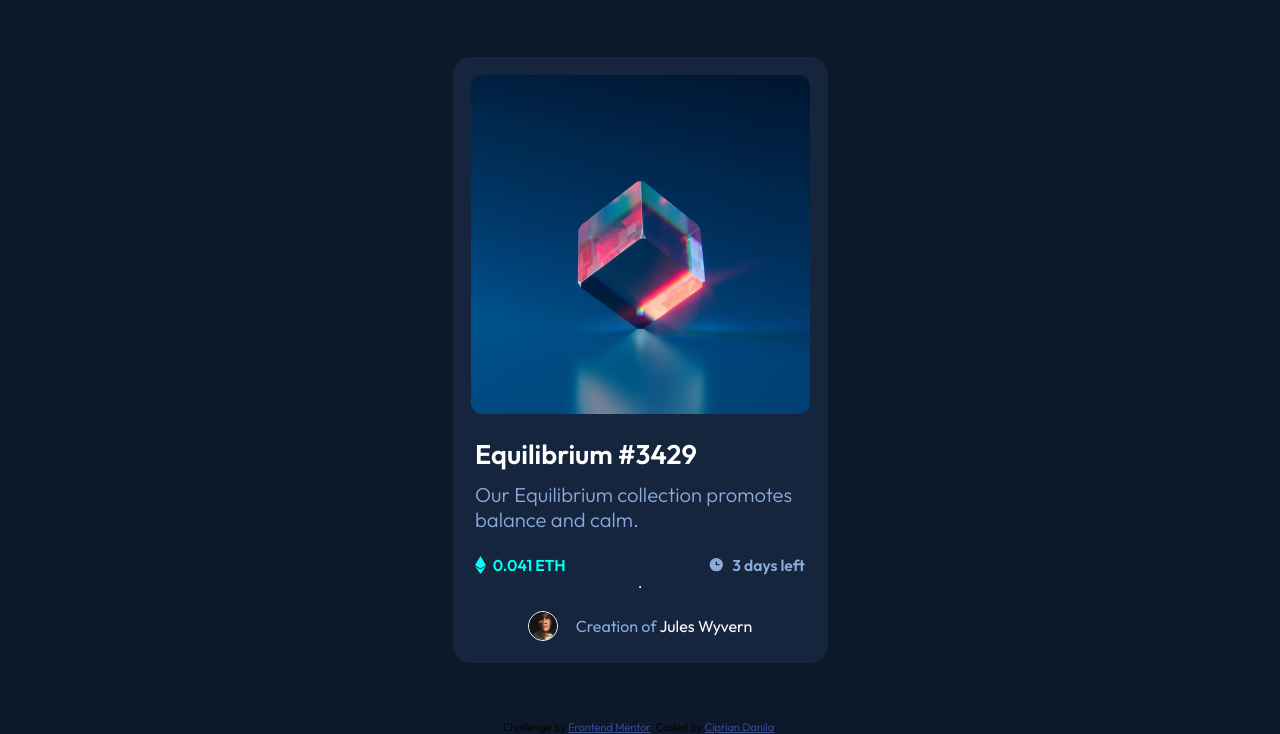
Repository: cipdanila/NFT-preview-card-component
Page: index.html
An editor plug-in stored every save of this project. The page is shown before and after the next save, followed by the edit.
The browser window is 1280 px wide. The pictures show the whole page.

Above is the page before, as saved 2024-01-31 17:23:03.

### index.html
<!DOCTYPE html>
<html lang="en">
    <head>
        <meta charset="UTF-8" />
        <meta name="viewport" content="width=device-width, initial-scale=1.0" />
        <!-- displays site properly based on user's device -->

        <link rel="icon" type="image/png" sizes="32x32" href="./images/favicon-32x32.png" />
        <link rel="stylesheet" href="style.css" />
        <title>Frontend Mentor | NFT preview card component</title>
    </head>
    <body>
        <main>
            <div class="card">
                <div class="image-card">
                    <img src="/images/image-equilibrium.jpg" alt="cube-equilibrium" />
                </div>
                <div class="text-card">
                    <h1 id="title">Equilibrium #3429</h1>
                    <p id="description">Our Equilibrium collection promotes balance and calm.</p>
                    <div class="price-time">
                        <div class="price">
                            <img src="/images/icon-ethereum.svg" alt="ethereum" />
                            <p class="ethereum">0.041 ETH</p>
                        </div>
                        <div class="time">
                            <img src="/images/icon-clock.svg" alt="clock" />
                            <p class="clock">3 days left</p>
                        </div>
                    </div>
                </div>
                <hr />
                <div class="owner">
                    <img src="/images/image-avatar.png" alt="avatar" />
                    <p>Creation of <span>Jules Wyvern</span></p>
                </div>
            </div>
        </main>

        <footer>
            <div class="attribution">
                Challenge by
                <a
                    href="https://www.frontendmentor.io/challenges/nft-preview-card-component-SbdUL_w0U"
                    target="_blank"
                    rel="noopener noreferer"
                    >Frontend Mentor</a
                >. Coded by <a href="https://github.com/cipdanila" target="_blank" rel="noopener noreferer">Ciprian Danila</a>.
            </div>
        </footer>
    </body>
</html>

### style.css
@import url("https://fonts.googleapis.com/css2?family=Outfit:wght@300;400;600&display=swap");

:root {
    /* Colors */
    /* Primary */
    --soft-blue: hsl(215, 51%, 70%); /* paragraph */
    --cyan: hsl(178, 100%, 50%); /* active states */
    /* Neutrals */
    --very-dark-blue-main: hsl(217, 54%, 11%); /* main background */
    --very-dark-blue-card: hsl(216, 50%, 16%); /* card background */
    --very-dark-blue-line: hsl(215, 32%, 27%); /* hr line */
    --white: hsl(0, 0%, 100%); /* title */
}

*, *::after, *::before {
    box-sizing: border-box;
    margin: 0;
    padding: 0;
}

body, html {
    height: 100%;
    font-family: "Outfit", sans-serif;
    font-size: 1.125rem;
    font-weight: 300;
    background-color: var(--very-dark-blue-main);
}

main {
    display: flex;
    justify-content: center;
    align-items: center;
    height: 100%;
}

.card {
    max-width: 375px;
    border-radius: 1rem;
    box-shadow: 0.5rem 0.5rem rgb(rgb(12, 23, 41));
    display: flex;
    flex-direction: column;
    justify-content: center;
    align-items: center;
    background-color: var(--very-dark-blue-card);
}

.image-card {
    text-align: center;
    padding: 1rem;
}

.image-card img {
    max-width: 100%;
    height: auto;
    border-radius: 0.625rem;
}

.text-card {
    padding: 0 1.25rem;
}


#title {
    color: var(--white);
    font-weight: 600;
    font-size: 1.5rem;
}

#description {
    color: var(--soft-blue);
    font-weight: 300;
    padding: 0.625rem 0;
}

.price-time {
    width: 100%;
    display: flex;
    justify-content: space-between;
    padding: 0.625rem 0;
    font-size: 0.875rem;
    font-weight: 600;
}

.price-time img {
    margin-right: 0.375rem;
}

.price {
    display: flex;
    align-items: center;
    color: var(--cyan);
}


.time {
    display: flex;
    align-items: center;
    color: var(--soft-blue);
}

.owner {
    display: flex;
    align-items: center;
    padding: 1.25rem 0;
    font-size: 16px;
    font-weight: 400;
    color: var(--soft-blue);
}

.owner img {
    width: 30px;
    border: 1px solid var(--white);
    border-radius: 50px;
    margin-right: 1rem;
}

span {
    color: var(--white);
}

.attribution {
    font-size: 11px;
    text-align: center;
}
.attribution a {
    color: hsl(228, 45%, 44%);
}

After the next save:
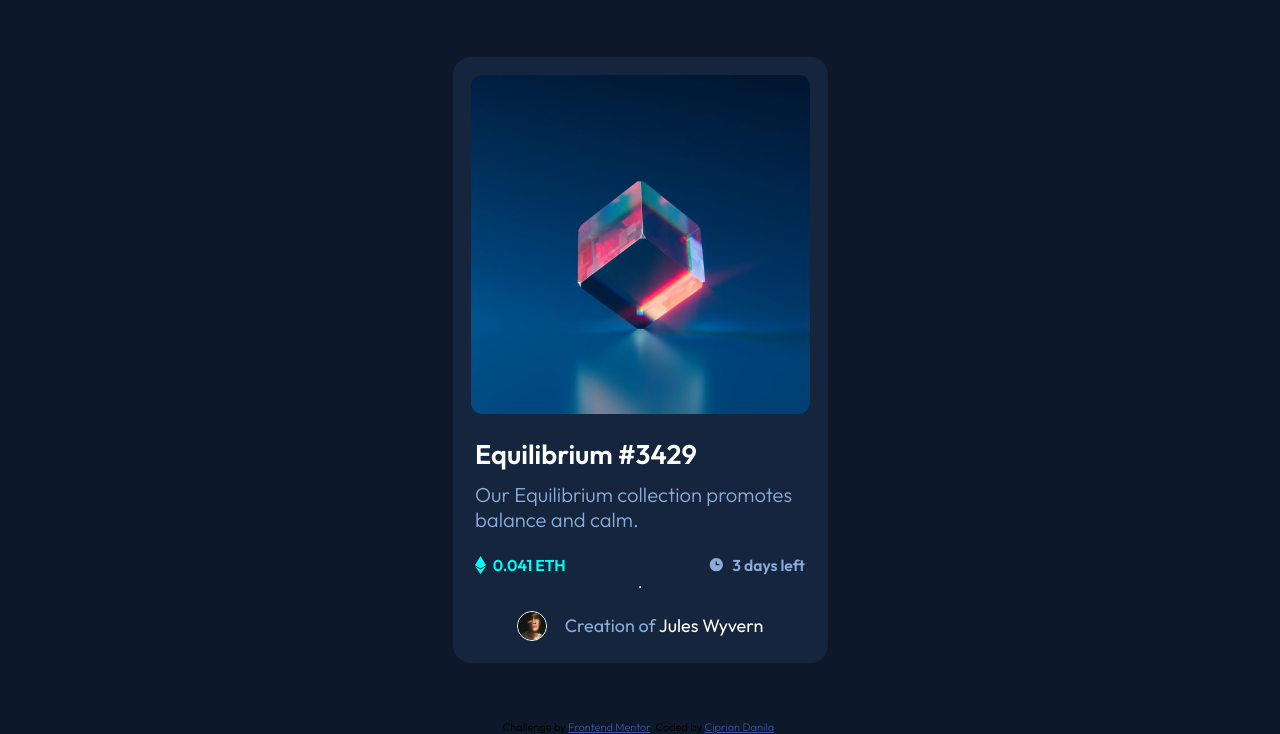
Saved 12 s later.
--- a/style.css
+++ b/style.css
@@ -102,7 +102,7 @@
     display: flex;
     align-items: center;
     padding: 1.25rem 0;
-    font-size: 16px;
+    font-size: 1rem;
     font-weight: 400;
     color: var(--soft-blue);
 }

After the save that followed:
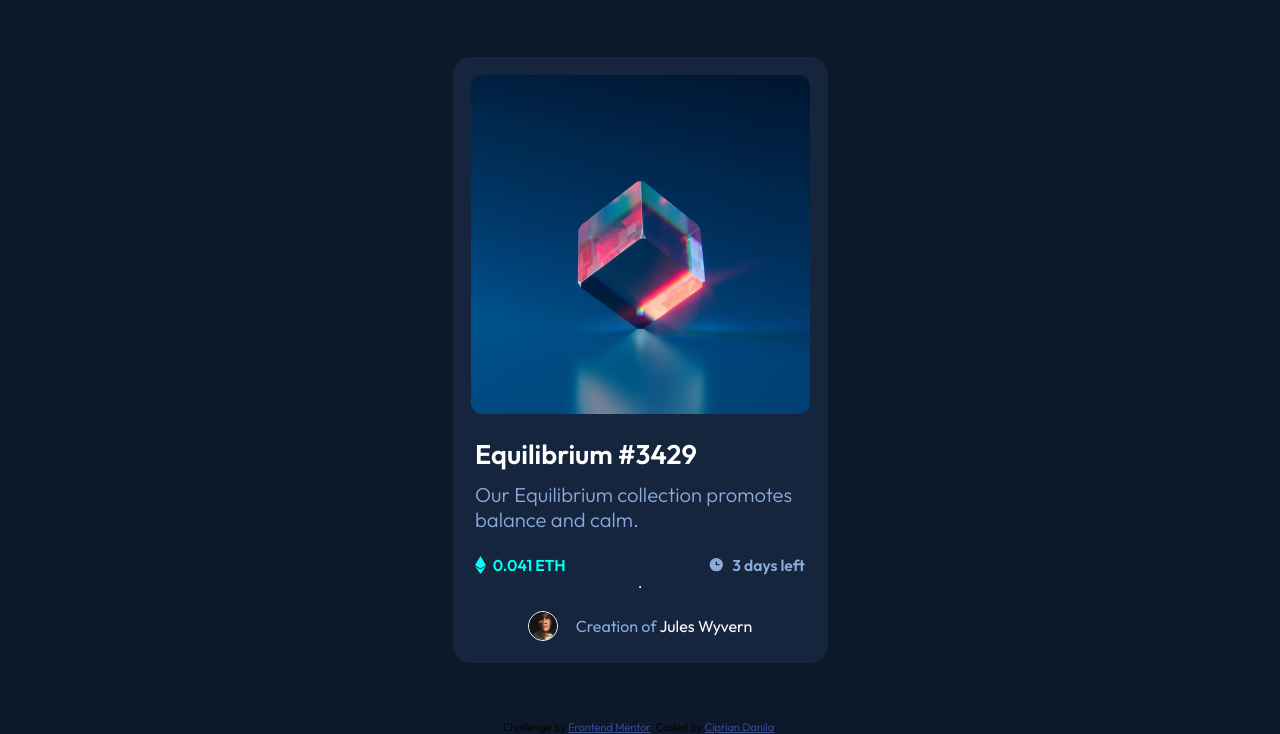
Saved 16 s later.
--- a/style.css
+++ b/style.css
@@ -102,7 +102,7 @@
     display: flex;
     align-items: center;
     padding: 1.25rem 0;
-    font-size: 1rem;
+    font-size: 16px;
     font-weight: 400;
     color: var(--soft-blue);
 }
